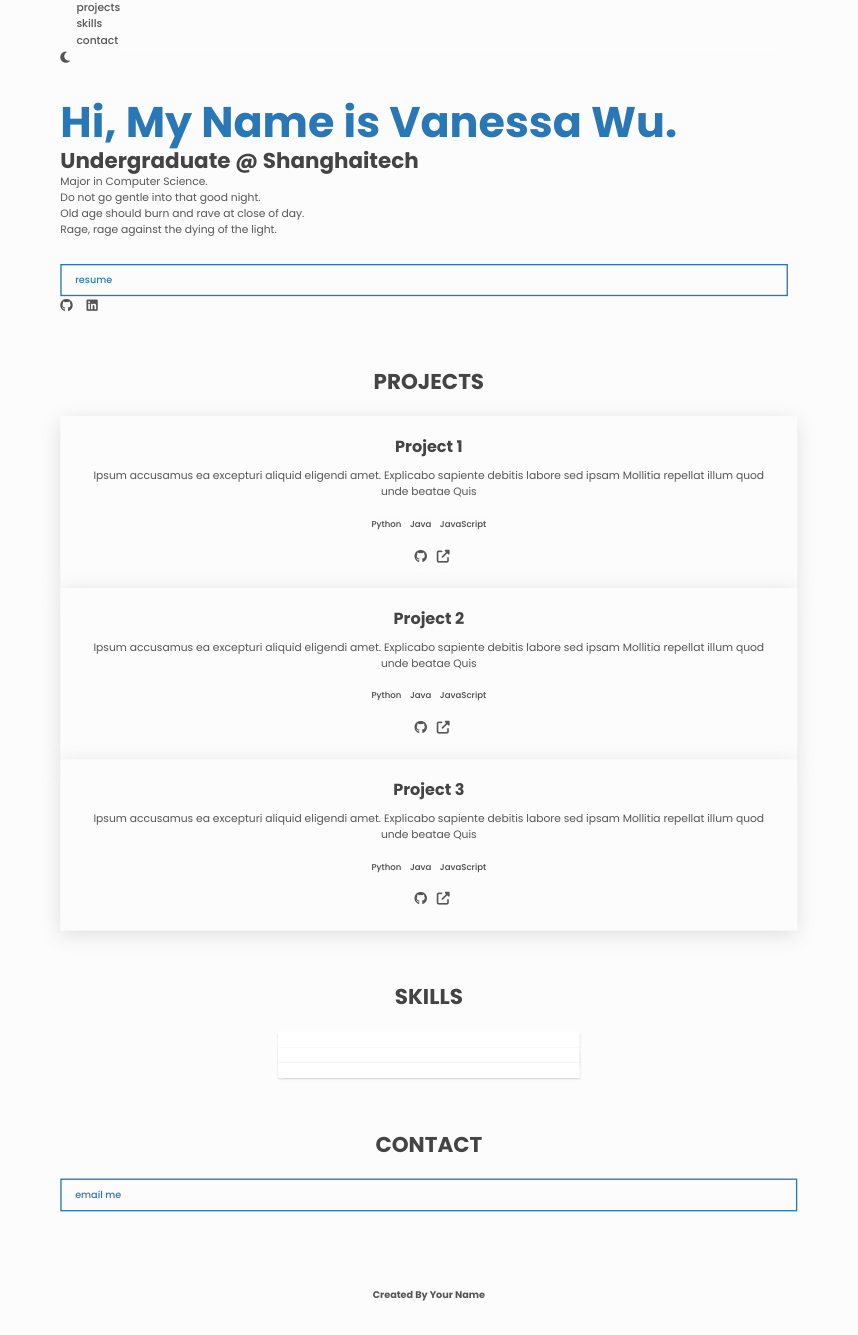
Repository: indiansummer1022/Cubstart
Page: Web Track/hw1/index.html
The author's editor kept a copy of each file at every save. The page is drawn from the files as they stood at one save, then again after the next save.
The browser window is 1280 px wide. The pictures show the whole page, at 67% of full size.
Some web libraries are served in a nearby version.

Above is the page before, as saved 2022-02-15 23:19:30.

### Web Track/hw1/index.html
<!DOCTYPE html>
<html lang="en">

<head>
  <meta charset="UTF-8" />
  <meta name="viewport" content="width=device-width, initial-scale=1" />
  <meta name="description" content="Portfolio" />
  <link rel="preconnect" href="https://fonts.googleapis.com" />
  <link rel="preconnect" href="https://fonts.gstatic.com" crossorigin />
  <link href="https://fonts.googleapis.com/css2?family=Poppins:wght@400;500;700&display=swap" rel="stylesheet" />
  <script src="https://kit.fontawesome.com/fa62c117c7.js" crossorigin="anonymous"></script>
  <!-- BEGIN PART 1 -->
  <link rel="stylesheet" href ="styles.css">
  <title>Vanessa Wu</title>
  <!-- END PART 1 -->
</head>

<body class="light" id="top">
  <header class="header center">
    <!-- BEGIN PART 2 -->
    <h3>
        <a href="/"></a>
    </h3>
    <!-- END PART 2 -->
    <nav class="nav center">
      <ul class="nav__list center">
        <li class="nav__list-item">
          <a class="link link--nav" href="#projects">Projects</a>
        </li>
        <li class="nav__list-item">
          <a class="link link--nav" href="#skills">Skills</a>
        </li>
        <li class="nav__list-item">
          <a class="link link--nav" href="#contact">Contact</a>
        </li>
      </ul>

      <!-- BEGIN PART 5 -->

      <button type="button" aria-label="toggle theme" class="btn btn--icon">
        <i id="btn-theme" class="fas fa-moon"></i>
      </button>

      <!--
        5.1: What does this button tag correspond to on the site?

        Corresponds to the moon icon on top left of the page which to change the light/ dark theme of the website.

      -->

      <button type="button" aria-label="toggle navigation" class="btn btn--icon nav__hamburger">
        <i class="fas fa-bars"></i>
      </button>

      <!--
        5.2: Try Ctrl-F in styles.css and look the class 'nav__hamburger'. You'll notice that it
        appears in 2 places. Why is one of the rules 'display: none' on one instance? How do you
        make it so that this button appears on screen?
        Hint: remember what @media (max-width: 600px) means.

        1. @media (max-width: 600px) is for mobile so hamburger is set to appear on the screen if it is the mobile version.
        The element is hidden if it is the desktop version. [referring: @hannahmcg]
        2. Change 'display: none' to flex so this button will appear.

      -->

      <!-- END PART 5 -->
    </nav>
  </header>

  <main>
    <div class="about center">
      <!-- BEGIN PART 6 -->
      <h1 class="about__name">
        Hi, My Name is Vanessa Wu.
      </h1>
      <h2 class="about_role">
        Undergraduate @ Shanghaitech
      </h2>
      <p class="about-desc">
        Major in Computer Science. <br>
        Do not go gentle into that good night. <br>
        Old age should burn and rave at close of day. <br>
        Rage, rage against the dying of the light. <br>
      </p>
      <!-- END PART 6 -->
      <div class="about__contact center">
        <a href="https://example.com">
          <span class="btn btn--outline">Resume</span>
        </a>

        <a href="https://github.com/" aria-label="github" class="link link--icon">
          <i aria-hidden="true" class="fab fa-github"></i>
        </a>

        <a href="https://linkedin.com/in/" aria-label="linkedin" class="link link--icon">
          <i aria-hidden="true" class="fab fa-linkedin"></i>
        </a>
      </div>
    </div>
    <section id="projects" class="section projects">
      <h2 class="section__title">Projects</h2>
      <div class="projects__grid">
        <!-- BEGIN PART 8 -->
        <div class="project">
          <h3>Project 1</h3>
          <p class="project__description">
            Ipsum accusamus ea excepturi aliquid eligendi amet. Explicabo
            sapiente debitis labore sed ipsam Mollitia repellat illum quod
            unde beatae Quis
          </p>
          <ul class="project__stack">
            <li class="project__stack-item">Python</li>
            <li class="project__stack-item">Java</li>
            <li class="project__stack-item">JavaScript</li>
          </ul>

          <a href="https://github.com" aria-label="source code" class="link link--icon">
            <i aria-hidden="true" class="fab fa-github"></i>
          </a>
          <a href="https://example.com" aria-label="live preview" class="link link--icon">
            <i aria-hidden="true" class="fas fa-external-link-alt"></i>
          </a>
        </div>
        <!-- multiple projects -->
        <div class="project">
          <h3>Project 2</h3>
          <p class="project__description">
            Ipsum accusamus ea excepturi aliquid eligendi amet. Explicabo
            sapiente debitis labore sed ipsam Mollitia repellat illum quod
            unde beatae Quis
          </p>
          <ul class="project__stack">
            <li class="project__stack-item">Python</li>
            <li class="project__stack-item">Java</li>
            <li class="project__stack-item">JavaScript</li>
          </ul>

          <a href="https://github.com" aria-label="source code" class="link link--icon">
            <i aria-hidden="true" class="fab fa-github"></i>
          </a>
          <a href="https://example.com" aria-label="live preview" class="link link--icon">
            <i aria-hidden="true" class="fas fa-external-link-alt"></i>
          </a>
        </div>
        <!-- multiple projects -->
        <div class="project">
          <h3>Project 3</h3>
          <p class="project__description">
            Ipsum accusamus ea excepturi aliquid eligendi amet. Explicabo
            sapiente debitis labore sed ipsam Mollitia repellat illum quod
            unde beatae Quis
          </p>
          <ul class="project__stack">
            <li class="project__stack-item">Python</li>
            <li class="project__stack-item">Java</li>
            <li class="project__stack-item">JavaScript</li>
          </ul>

          <a href="https://github.com" aria-label="source code" class="link link--icon">
            <i aria-hidden="true" class="fab fa-github"></i>
          </a>
          <a href="https://example.com" aria-label="live preview" class="link link--icon">
            <i aria-hidden="true" class="fas fa-external-link-alt"></i>
          </a>
        </div>
        <!-- END PART 8 -->
      </div>
    </section>


    <section class="section skills" id="skills">
      <!-- BEGIN PART 10 -->
      <h2 class="section__title">Skills</h2>
      <ul class="skills__list">
        <li class="skills__list-item btn btn--plain"></li>
        <li class="skills__list-item btn btn--plain"></li>
        <li class="skills__list-item btn btn--plain"></li>
      </ul>
      <!-- END PART 10 -->
    </section>
    <section class="section contact center" id="contact">
      <h2 class="section__title">Contact</h2>
      <a href="mailto:youremail@gmail.com">
        <span class="btn btn--outline">Email me</span>
      </a>
    </section>
  </main>

  <footer class="footer">
    <!-- BEGIN PART 12 -->
    <a href="/" class="link footer__link">
      Created By Your Name
    </a>
    <!-- END PART 12 -->
  </footer>


  <div class="scroll-container">
    <div class="scroll-top">
      <a aria-label="Scroll up" href="#top">
        <i aria-hidden="true" class="fas fa-arrow-up"></i>
      </a>
    </div>
  </div>
  <script src="./script.js"></script>
</body>

</html>

### Web Track/hw1/styles.css
/*===============
  global styles
===============*/

* {
  padding: 0;
  margin: 0;
  border: 0;
  outline: 0;
  background-color: inherit;
  color: inherit;
  font-family: inherit;
  font-size: inherit;
  box-shadow: none;
  box-sizing: border-box;
}

html {
  scroll-behavior: smooth;
}

body {
  font-family: "Poppins", sans-serif;
  line-height: 1.5;
  color: var(--clr-fg);
  background-color: var(--clr-bg);
}

.light {
  --clr-bg: #fcfcfc;
  --clr-bg-alt: #fff;
  --clr-fg: #555;
  --clr-fg-alt: #444;
  --clr-primary: #2978b5;
  --shadow: rgba(100, 100, 111, 0.2) 0px 7px 29px 0px;
}

.dark {
  --clr-bg: #23283e;
  --clr-bg-alt: #2a2f4c;
  --clr-fg: #bdbddd;
  --clr-fg-alt: #cdcdff;
  --clr-primary: #90a0d9;
  --shadow: rgba(0, 0, 0, 0.16) 0px 10px 36px 0px,
    rgba(0, 0, 0, 0.06) 0px 0px 0px 1px;
}

::-moz-selection {
  background: var(--clr-primary);
  color: var(--clr-bg);
}

::-webkit-selection,
::selection {
  background: var(--clr-primary);
  color: var(--clr-bg);
}

h1,
h2,
h3,
h4 {
  line-height: 1.2;
  color: var(--clr-fg-alt);
}

h1 {
  font-size: 4rem;
}

h2 {
  font-size: 2rem;
}

h3 {
  font-size: 1.5rem;
}

h4 {
  font-size: 1.3rem;
}

ul {
  list-style-type: none;
}

a {
  text-decoration: none;
}

button {
  cursor: pointer;
}

@media (max-width: 900px) {
  h1 {
    font-size: 2.6rem;
  }
}

/*===================
  buttons and links
===================*/

.link {
  color: var(--clr-primary);
  padding: 0 0 0.3em 0;
  position: relative;
}

.link:hover {
  color: var(--clr-primary);
}

/* BEGIN PART 4 */

.link::before {
  content: "";
  display: inline;
  width: 0%;
  height: 0.2em;
  position: absolute;
  bottom: 0;
  background-color: var(--clr-primary);
  /* transition: */
}

.link:hover::before,
.link:focus::before {
  width: 100%;
  transition: property width, duration 5s, timing-function ease-in;
}

/* END PART 4 */

.link--nav {
  color: var(--clr-fg);
  text-transform: lowercase;
  font-weight: 500;
}

.link--icon {
  color: var(--clr-fg);
  font-size: 1.2rem;
}

.btn {
  display: block;
  padding: 0.8em 1.4em;
  font-weight: 500;
  font-size: 0.9rem;
  text-transform: lowercase;
  transition: transform 0.2s ease-in-out;
}

.btn--outline {
  color: var(--clr-primary);
  border: 2px solid var(--clr-primary);
  position: relative;
  overflow: hidden;
  z-index: 1;
}

.btn--outline:focus,
.btn--outline:hover {
  color: var(--clr-bg);
}

.btn--outline:before {
  content: "";
  position: absolute;
  background-color: var(--clr-primary);
  right: 100%;
  bottom: 0;
  left: 0;
  top: 0;
  z-index: -1;
  transition: right 0.2s ease-in-out;
}

.btn--outline:hover::before,
.btn--outline:focus::before {
  right: 0;
}

.btn--plain {
  text-transform: initial;
  background-color: var(--clr-bg-alt);
  box-shadow: rgba(0, 0, 0, 0.15) 0px 3px 3px 0px;
  border: 0;
}

.btn--plain:hover {
  transform: translateY(-4px);
}

.btn--icon {
  padding: 0;
  font-size: 1.2rem;
}

.btn--icon:hover,
.btn--icon:focus {
  color: var(--clr-primary);
}

.btn--icon:active {
  transform: translateY(-5px);
}

/*========
  layout
========*/

/* BEGIN PART 3 */

.center {
  justify-content: center;
  flex-direction: column;
}

.header {
  height: 8em;
  max-width: 1100px;
  width: 95%;
  margin: 0 auto;
  /* justify-content: */
  justify-content: space-around;
}

/* END PART 3 */

main {
  max-width: 1100px;
  width: 95%;
  margin: 0 auto;
}

.section {
  margin-top: 5em;
}

.section__title {
  text-align: center;
  margin-bottom: 1em;
  text-transform: uppercase;
}

.nav__list {
  margin-right: 1.5em;
  display: flex;
}

.nav__list-item {
  margin-left: 1.5em;
}

.nav__hamburger {
  display: none;
  width: 1em;
}

/* BEGIN PART 7 */

.about {
  flex-direction: column;
  margin-top: 1em;
}

/* END PART 7 */

.about__name {
  color: var(--clr-primary);
}

.about__role {
  margin-top: 1.2em;
}

.about__desc {
  font-size: 1rem;
  max-width: 600px;
}

.about__desc,
.about__contact {
  margin-top: 2.4em;
}

.about .link--icon {
  margin-right: 0.8em;
}

.about .btn--outline {
  margin-right: 1em;
}

/* BEGIN PART 9 */

.projects__grid {
  max-width: 1100px;
  margin: 0 auto;
  /* display: */
  /* grid-template-columns: */
  /* grid-gap: */
}

/* END PART 9 */

.project {
  padding: 2em;
  margin: 0 auto;
  text-align: center;
  box-shadow: var(--shadow);
  transition: transform 0.2s linear;
}

.project:hover {
  transform: translateY(-7px);
}

.project__description {
  margin-top: 1em;
}

.project__stack {
  display: flex;
  flex-wrap: wrap;
  justify-content: center;
  margin: 1.2em 0;
}

.project__stack-item {
  margin: 0.5em;
  font-weight: 500;
  font-size: 0.8rem;
  color: var(--clr-fg-alt);
}

.project .link--icon {
  margin-left: 0.5em;
}

/* BEGIN PART 11 */

.skills__list {
  max-width: 450px;
  width: 95%;
  margin: 0 auto;
  /* display: */
  /* flex-wrap: */
  /* justify-content: */
}

.skills__list-item {
}

/* END PART 11 */

.contact {
  flex-direction: column;
}

.footer {
  padding: 3em 0;
  margin-top: 4em;
  text-align: center;
}

.footer__link {
  font-size: 0.9rem;
  font-weight: 700;
  color: var(--clr-fg);
}

.scroll-top {
  display: none;
  position: fixed;
  bottom: 1em;
  right: 2em;
  background-color: transparent;
  font-size: 1.8rem;
  transition: transform 0.2s ease-in-out;
}

@media (max-width: 600px) {
  .header {
    height: 6em;
  }

  .section {
    margin-top: 4em;
  }

  .nav__list {
    flex-direction: column;
    padding: 4em 0;
    position: absolute;
    right: 0;
    left: 0;
    top: 5em;
    background-color: var(--clr-bg);
    width: 0;
    overflow: hidden;
    transition: width 0.2s ease-in-out;
  }

  .display-nav-list {
    width: 100%;
  }

  .nav__list-item {
    margin: 0.5em 0;
  }

  .nav__hamburger {
    display: flex;
    margin-left: 0.8em;
  }

  .about {
    align-items: flex-start;
    margin-top: 2em;
  }

  .footer {
    padding: 2em;
    margin-top: 3em;
  }

  .scroll-container {
    display: none;
  }
}

### Web Track/hw1/script.js
const body = document.body

const btnTheme = document.querySelector('.fa-moon')
const btnHamburger = document.querySelector('.fa-bars')

const addThemeClass = (bodyClass, btnClass) => {
  body.classList.add(bodyClass)
  btnTheme.classList.add(btnClass)
}

const getBodyTheme = localStorage.getItem('portfolio-theme')
const getBtnTheme = localStorage.getItem('portfolio-btn-theme')

addThemeClass(getBodyTheme, getBtnTheme)

const isDark = () => body.classList.contains('dark')

const setTheme = (bodyClass, btnClass) => {

	body.classList.remove(localStorage.getItem('portfolio-theme'))
	btnTheme.classList.remove(localStorage.getItem('portfolio-btn-theme'))

  addThemeClass(bodyClass, btnClass)

	localStorage.setItem('portfolio-theme', bodyClass)
	localStorage.setItem('portfolio-btn-theme', btnClass)
}

const toggleTheme = () =>
	isDark() ? setTheme('light', 'fa-moon') : setTheme('dark', 'fa-sun')

btnTheme.addEventListener('click', toggleTheme)

const displayList = () => {
	const navUl = document.querySelector('.nav__list')

	if (btnHamburger.classList.contains('fa-bars')) {
		btnHamburger.classList.remove('fa-bars')
		btnHamburger.classList.add('fa-times')
		navUl.classList.add('display-nav-list')
	} else {
		btnHamburger.classList.remove('fa-times')
		btnHamburger.classList.add('fa-bars')
		navUl.classList.remove('display-nav-list')
	}
}

btnHamburger.addEventListener('click', displayList)

const scrollUp = () => {
	const btnScrollTop = document.querySelector('.scroll-top')

	if (
		body.scrollTop > 500 ||
		document.documentElement.scrollTop > 500
	) {
		btnScrollTop.style.display = 'block'
	} else {
		btnScrollTop.style.display = 'none'
	}
}

document.addEventListener('scroll', scrollUp)

After the next save:
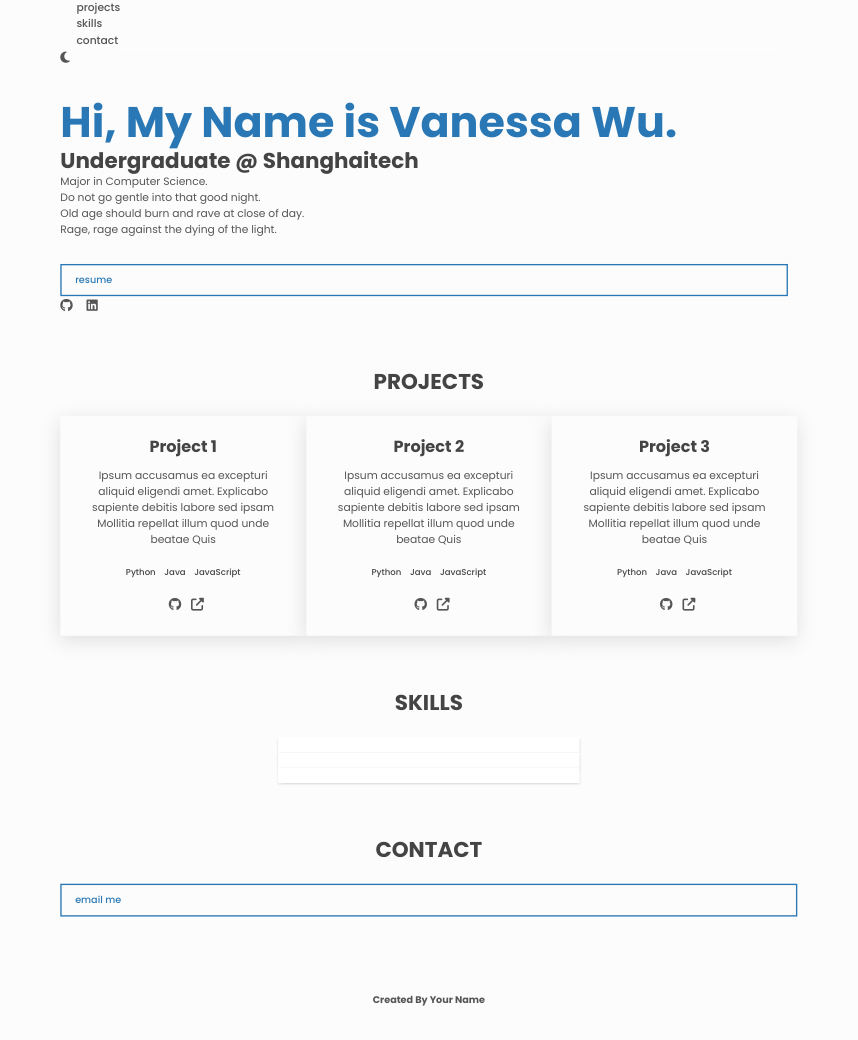
Saved 64 min 42 s later.
--- a/Web Track/hw1/styles.css
+++ b/Web Track/hw1/styles.css
@@ -301,7 +301,9 @@ main {
   max-width: 1100px;
   margin: 0 auto;
   /* display: */
+  display: flex;
   /* grid-template-columns: */
+  grid-template-columns: ;
   /* grid-gap: */
 }
 
